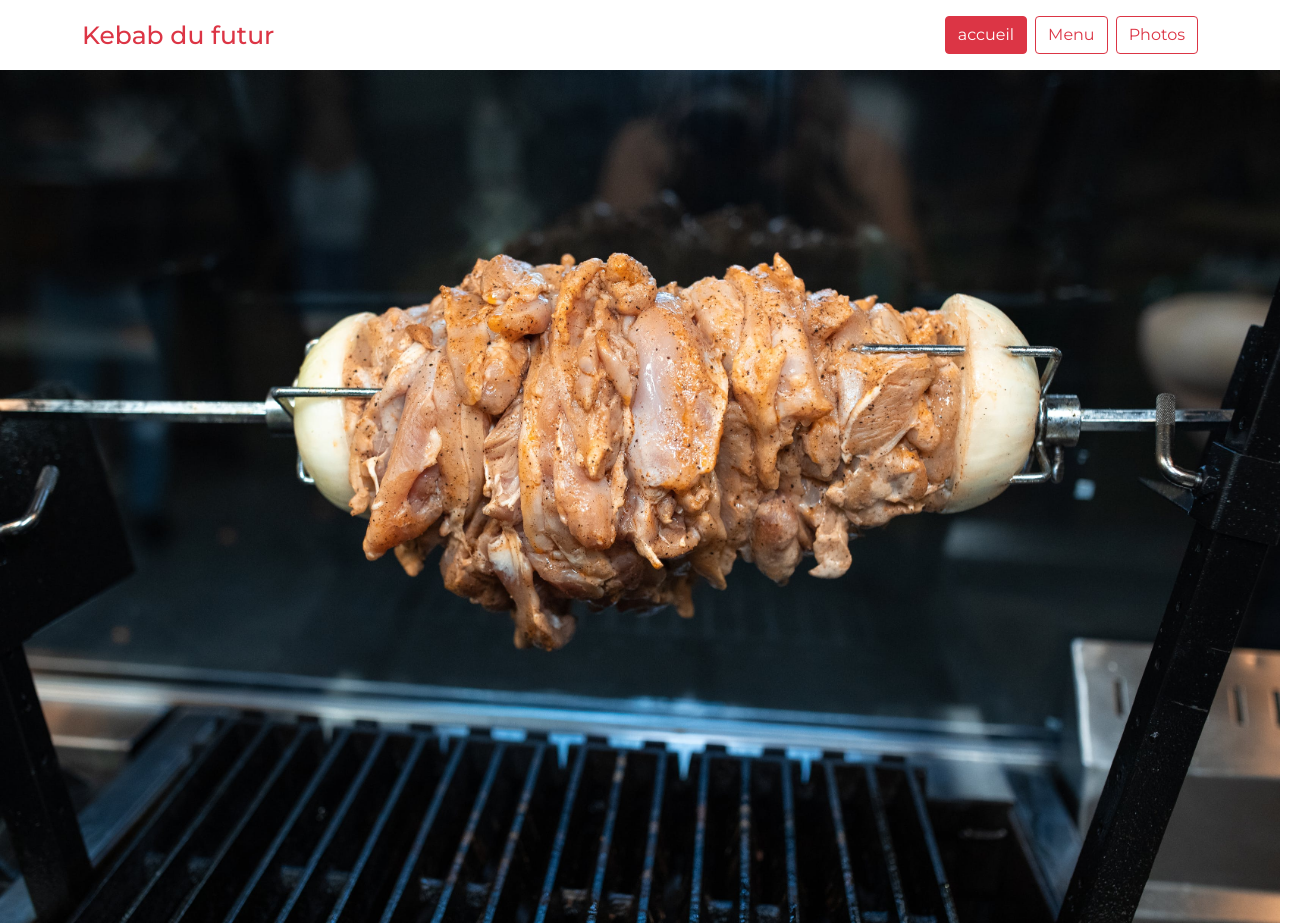
Repository: phbord/THP-js-exercices-manipulation-DOM
Page: index.html
These files come from the project's save history. The page is drawn as it stood at one moment and after the next save; the edit follows.
The browser window is 1280 px wide. The page is 1280 px wide, then 1302 px, so the pictures cover 1302 px, including what lies to the right of the window. The pictures show the whole page.

Above is the page before, as saved 2021-07-19 11:11:10.

### index.html
<!DOCTYPE HTML>
<html lang="fr">
    <head>
        <title></title>
        <meta charset="utf-8">
        <link href="https://cdn.jsdelivr.net/npm/bootstrap@5.0.2/dist/css/bootstrap.min.css"
                rel="stylesheet"
                integrity="sha384-EVSTQN3/azprG1Anm3QDgpJLIm9Nao0Yz1ztcQTwFspd3yD65VohhpuuCOmLASjC"
                crossorigin="anonymous">
        <link rel="stylesheet" href="./styles/main.css">
    </head>
    <body>
        <!-- HEADER -->
        <header class="py-3">
            <nav class="container d-flex align-items-center justify-content-between">
                <div class="me-5" href="#">
                    <h1 class="text-danger">Kebab du futur</h1>
                </div>
                <ul class="d-flex">
                    <li class="me-2">
                        <a class="btn btn-danger" href="#">accueil</a>
                    </li>
                    <li class="me-2">
                        <a class="btn btn-outline-danger" href="#">Menu</a>
                    </li>
                    <li>
                        <a class="btn btn-outline-danger" href="#">Photos</a>
                    </li>
                </ul>
            </nav>
        </header>

        <!-- ACCUEIL -->
        <section class="d-flex justify-content-center align-items-center">
            <img src="./img/i_home.jpeg" alt="" class="img-fluid">
            <h2></h2>
        </section>

        <!-- MENU -->

        <!-- PHOTOS -->


        <!-- SCRIPTS -->
        <script src="./scripts/main.js"></script>
    </body>
</html>

### styles/main.css
@import url('https://fonts.googleapis.com/css2?family=Montserrat:wght@100;200;300;400;500;600;700;800;900&display=swap');

body {
    font-family: Montserrat;
}

ul,li {
    margin: 0;
    padding: 0;
    list-style: none;
}

header h1 {
    margin: 0;
    font-size: 25px;
}

a,button {
    -webkit-transition: all 300ms ease;
    -moz-transition: all 300ms ease;
    -ms-transition: all 300ms ease;
    -o-transition: all 300ms ease;
    transition: all 300ms ease;
}

Loaded but not shown: scripts/main.js (no copy from this time; the picture is the same without it)

After the next save:
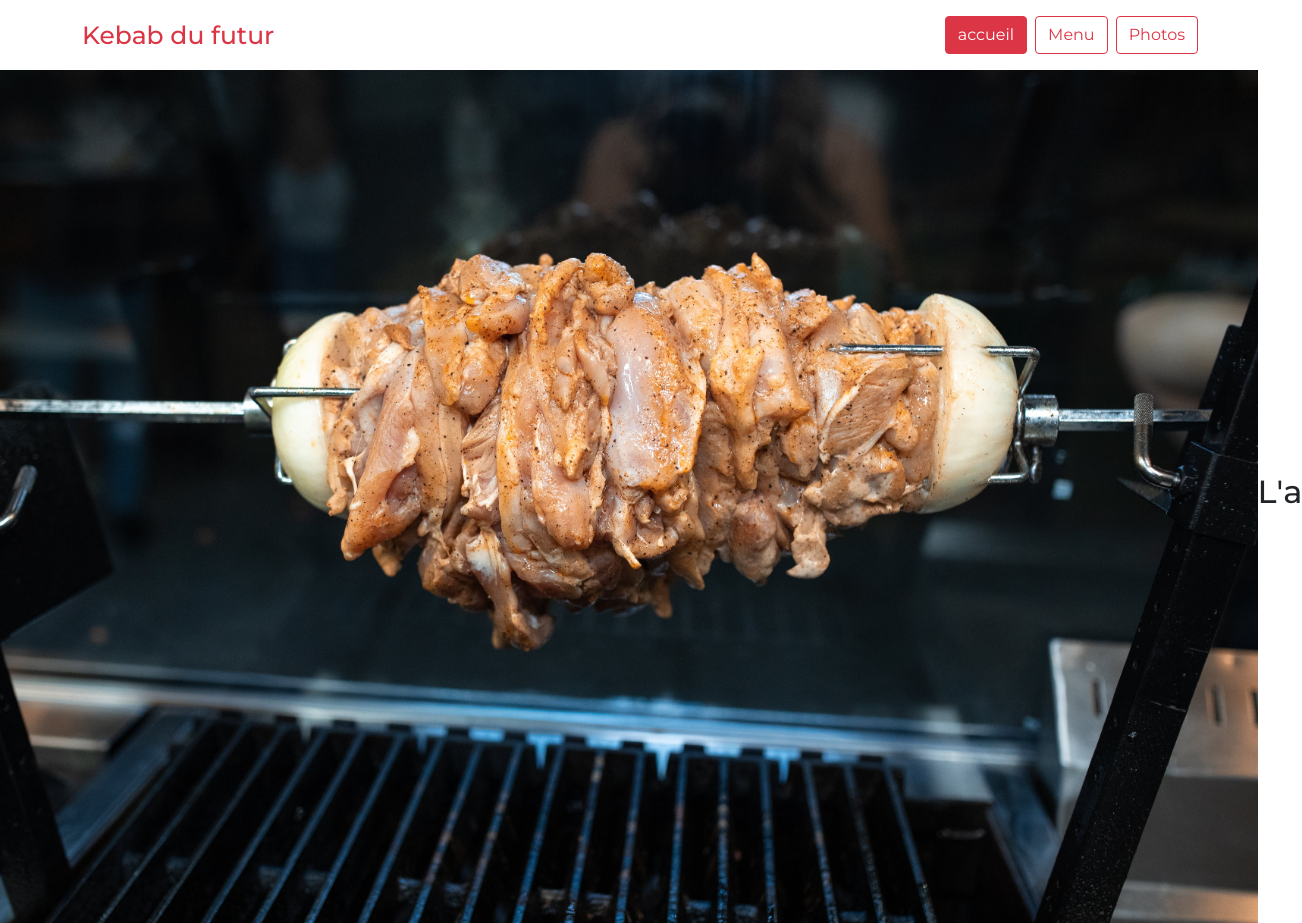
Saved 8 s later.
--- a/index.html
+++ b/index.html
@@ -33,7 +33,7 @@
         <!-- ACCUEIL -->
         <section class="d-flex justify-content-center align-items-center">
             <img src="./img/i_home.jpeg" alt="" class="img-fluid">
-            <h2></h2>
+            <h2>L'a</h2>
         </section>
 
         <!-- MENU -->
